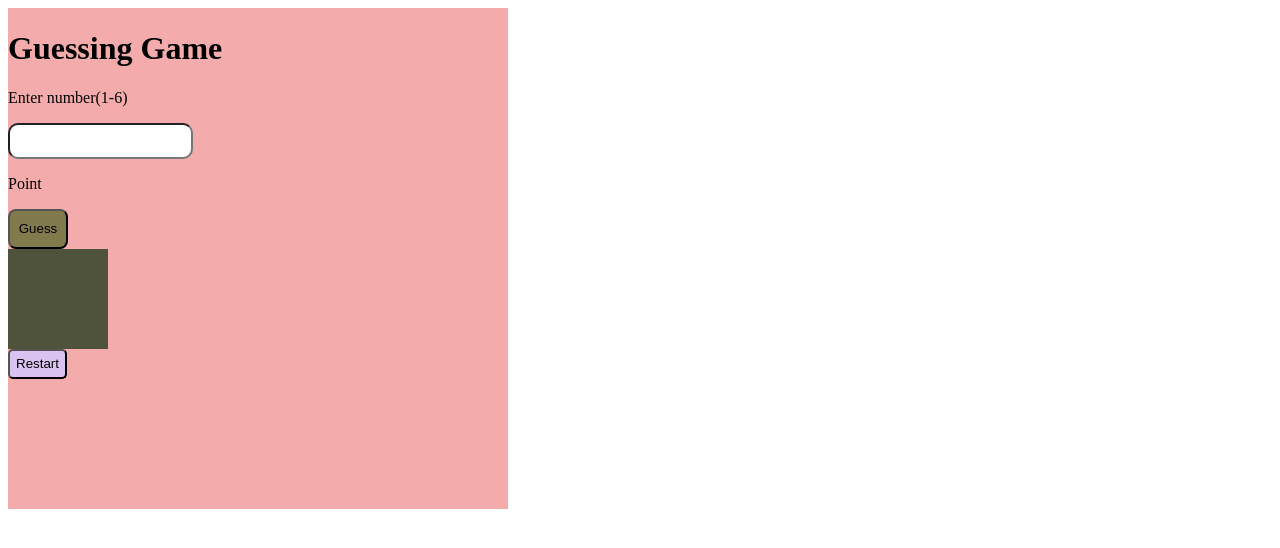
Repository: AniAntonyan/GuessingGame
Page: index.html
An editor plug-in stored every save of this project. The page is shown before and after the next save, followed by the edit.
The browser window is 1280 px wide. The pictures show the whole page.

Above is the page before, as saved 2022-02-27 17:16:35.

After the next save:
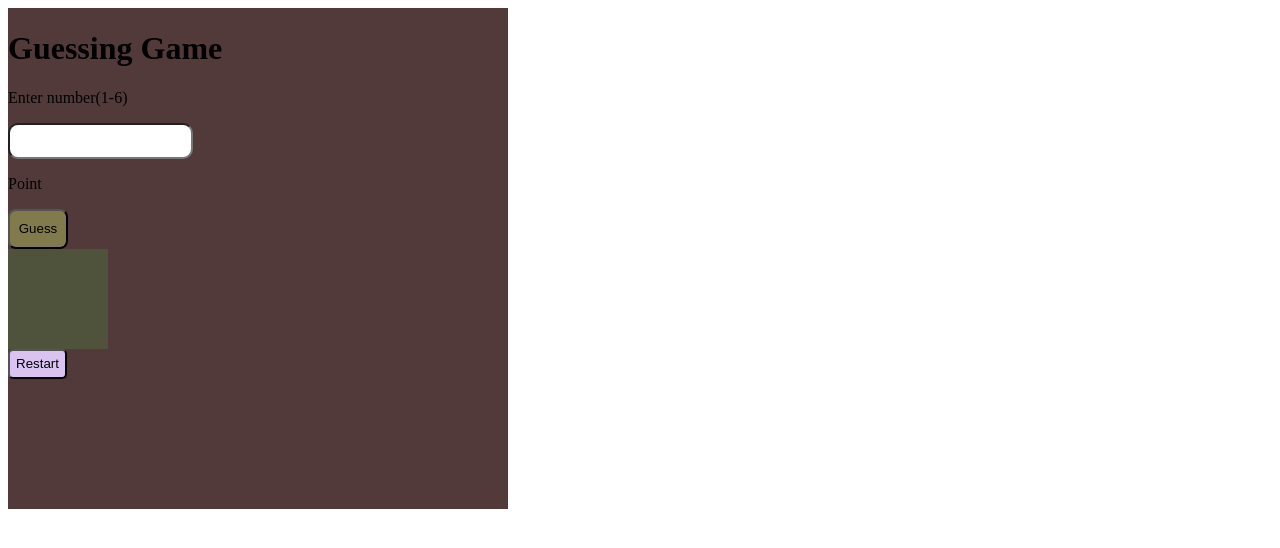
Saved 10 s later.
--- a/style.css
+++ b/style.css
@@ -1,5 +1,5 @@
 .container{
-    background-color: #f3abab;
+    background-color: #523a3a;
     height: 500px;
     width: 500px;
     padding-top:1px;
